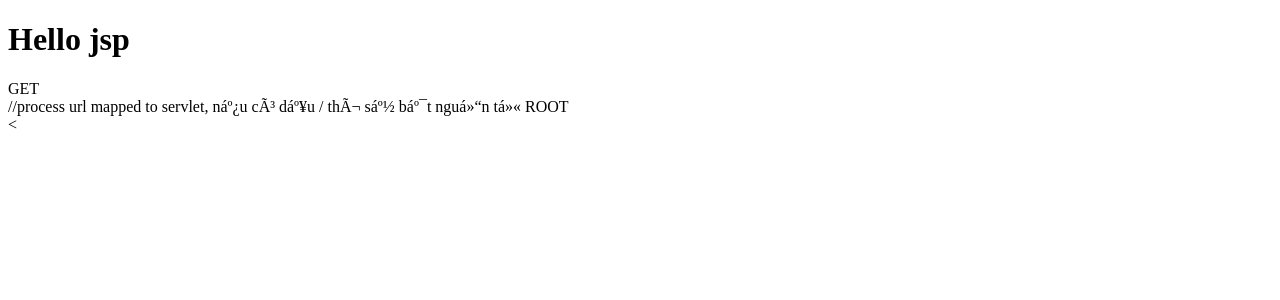
Repository: Vipper105/Restaurant_project
Page: webShop/WebContent/index.html
An editor plug-in stored every save of this project. The page is shown before and after the next save, followed by the edit.
The browser window is 1280 px wide. The pictures show the whole page.

Above is the page before, as saved 2020-08-10 09:16:48.

After the next save:
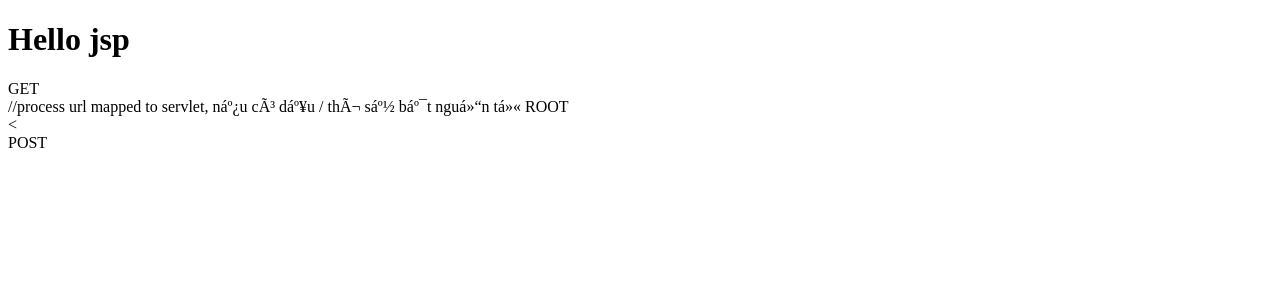
Saved 37 s later.
--- a/webShop/WebContent/index.html
+++ b/webShop/WebContent/index.html
@@ -13,6 +13,8 @@
 	//process url mapped to servlet, nếu có dấu / thì sẽ bắt nguồn từ ROOT
 	<form method="get" action="/login"><</form>
 </div>
+	POST<br/>
+	<form method="post" action="login2"></form>
 
 </body>
 </html>
